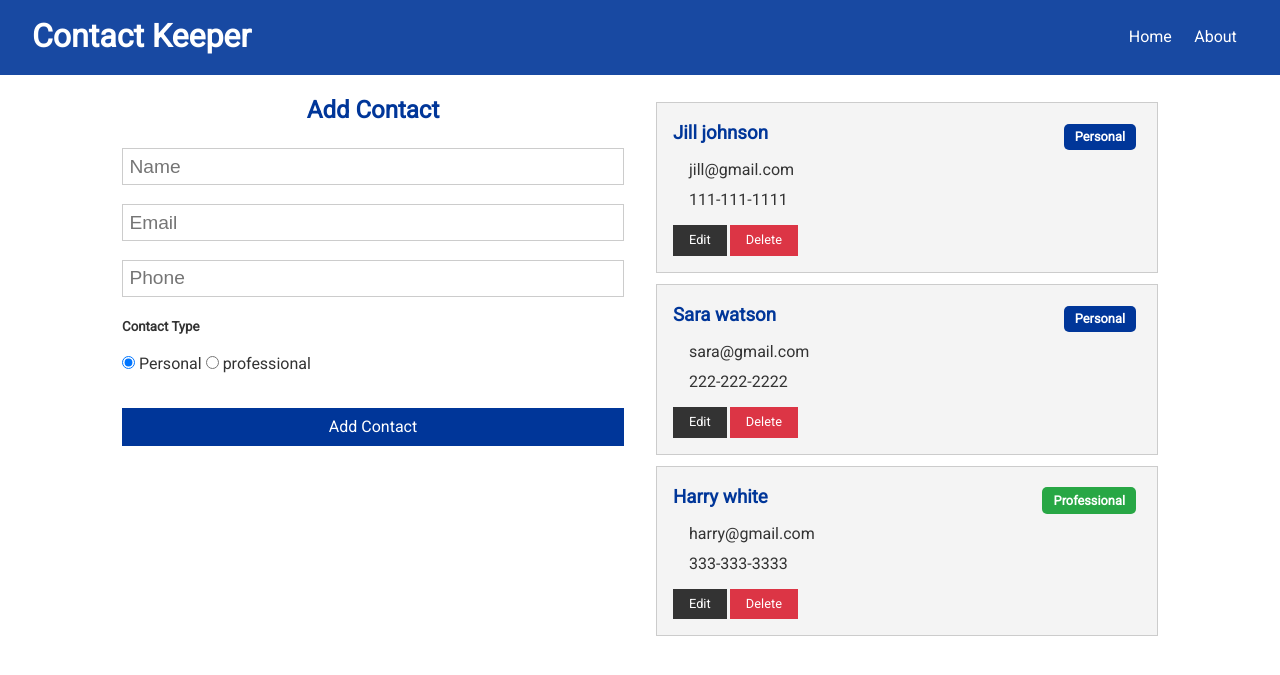
Repository: Izzazkhan/ContactStorage
Page: / (app in client/)
An editor plug-in stored every save of this project. The page is shown before and after the next save, followed by the edit.
The browser window is 1280 px wide. The pictures show the whole page.
The project was rebuilt for these pictures with package versions that can differ from the ones it lists, and the page was loaded fresh each time. A package was used in the major version that the imports need, not the one package.json lists. Also part of the build but not shown: client/src/components/pages/About.js.

Above is the page before, as saved 2020-01-22 16:13:01.

After the next save:
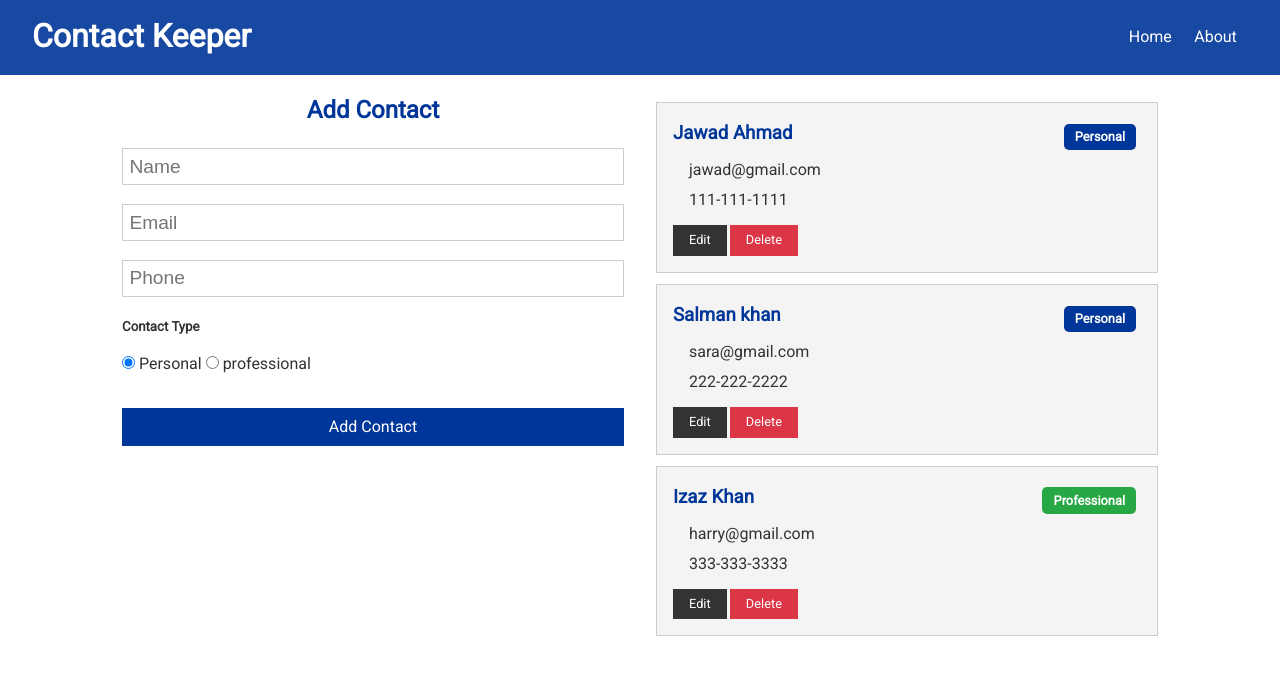
Saved 35 min 48 s later.
--- a/client/src/context/contact/ContactState.js
+++ b/client/src/context/contact/ContactState.js
@@ -17,21 +17,21 @@ const ContactState = props => {
         contacts: [
             {
                 id: 1,
-                name: 'Jill johnson',
-                email: 'jill@gmail.com',
+                name: 'Jawad Ahmad',
+                email: 'jawad@gmail.com',
                 phone: '111-111-1111',
                 type: 'personal'
             },
             {
                 id: 2,
-                name: 'Sara watson',
+                name: 'Salman khan',
                 email: 'sara@gmail.com',
                 phone: '222-222-2222',
                 type: 'personal'
             },
             {
                 id: 3,
-                name: 'Harry white',
+                name: 'Izaz Khan',
                 email: 'harry@gmail.com',
                 phone: '333-333-3333',
                 type: 'professional'
